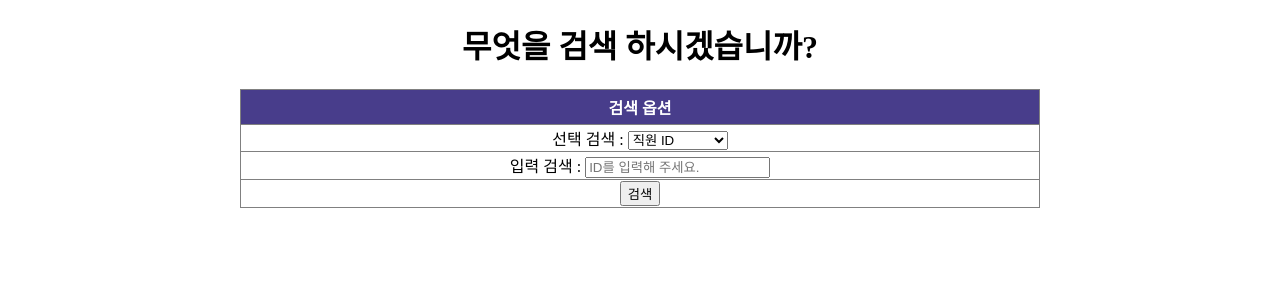
Repository: jongmin0919/soldesk_project
Page: http://localhost/chapter16_search/inputDynamic.jsp
An editor plug-in stored every save of this project. The page is shown before and after the next save, followed by the edit.
The browser window is 1280 px wide. The pictures show the whole page.
The page is served by Tomcat 9. Other server files are loaded and not shown.

Above is the page before, as saved 2024-08-15 10:58:51.

### searching_project/chapter16_search/WebContent/inputDynamic.jsp
<%@ page language="java" contentType="text/html; charset=UTF-8"
    pageEncoding="UTF-8"%>
<!DOCTYPE html>
<html>
<head>
<meta charset="UTF-8">
<title>Insert title here</title>
<style type="text/css">
	div{
		width: 800px;
		text-align: center;
		margin: auto;
	}
	table{
		width: 100%;
		border-collapse: collapse;
	}
	th, td{
		border: 1px solid gray;
	}
	th{
		padding: 5px;
		background-color: darkslateblue;
		color: white;
	}
</style>
<script type="text/javascript">
	function search1(){
		location.href='/chapter16_search/Controller?cmd=allList';
	}
	function search2(){
		location.href='/chapter16_search/Controller?cmd=inputDept';
	}
	function search3(){
		location.href='/chapter16_search/Controller?cmd=inputDynamic';
	}
</script>
</head>
<body>
	<div>
		<h1>무엇을 검색 하시겠습니까?</h1>
		<form>
			<table>
				<tr>
					<th>검색 옵션</th>
				</tr>
				<tr>
					<td>
						선택 검색 :
						<select name = "type" onchange = "placeholderChanger(this)">
							<option value = "employee_id">직원 ID</option>
							<option value = "full_name">직원 이름</option>
							<option value = "email">직원 이메일</option>
							<option value = "phone_number">직원 전화번호</option>
						</select>
					</td>
				</tr>
				<tr>
					<td>
						입력 검색 :
						<input type = "text" placeholder="ID를 입력해 주세요." id = "searching_content" name = "searching_content" onkeydown="handleKeydown(event, this.form)">
					</td>
				</tr>
				<tr>
					<td>
						<input type = "hidden" value="dynamicList" name = "cmd">
						<input type = "button" value = "검색" onclick = "dynamicSearching	(this.form)">
					</td>
				</tr>
			</table>
		</form>
	</div>
</body>
<script type="text/javascript">

	 	// 사용자가 선택한 옵션 값과 입력한 값을 checkInfo 함수로 체킹하고 반환 받은 논리값을 이용해
	 	// 무사히 통과 받은 상태(true인 상태) 라면 컨트롤러로 폼들을 제출함
	function dynamicSearching(f){
		// select의 value값은 type(type in this case(option)),
		// 즉 해당 option의 value값으로 정의되어 있다고 함.
		let option = f.type.value;
		let searchValue = f.searching_content.value;
		let state = checkInfo(option, searchValue);

		if(state){
			f.action = "/chapter16_search/Controller"
			f.submit();
		}
	}

	// 각 입력값들이 유효한지를 선택된 select의 옵션 값과 사용자 입력값을 이용하여 비교
	function checkInfo(option, value){

		let checkId, checkName, checkEmail, checkNumber;

		// 옵션(사용자가 검색하고자 하는 카테고리)에 따라 조건문을 타고 미리 정의해 둔
		// 각 변수들에 정규식을 할당한 뒤 exec 메서드를 호출해 정규식에 해당 사용자의 입력값이 유효한지를 검사
		// 유효하지 않은 경우 경고 문구 후 함수 종료
		if(option === "employee_id"){
			// id는 정수 범위에서 최소1 최대4자리까지 (늘어날  사원들의 id를 생각)
            checkId = /^[0-9]{1,4}$/;
            if(!checkId.exec(value)){
                alert("올바른 사원의 ID를 입력해 주세요. (예시 : 100, 200)");
                return false;
            }
        }else if(option === "full_name"){
        	// full name은 first_name과 last_name을 공백을 두고 서버에 전달할것이기 때문에
        	// 사용자에게 알파벳 범위 내에서 공백을 사이에 두고 한 자 이상씩을 받도록 설정
			let checkName = /^[a-zA-Z]+ [a-zA-Z]+$/;
			if(!checkName.exec(value)){
				alert("올바른 사원의 이름을 입력해 주세요. (예시 : Steven King, neena kochhar")
				return false;
			}
		}else if(option === "email"){
			// 이메일의 경우 단순히 연속되는 문자열로만 구성되어 있기 때문에 1자 - 20자의 알파벳 범위 안에서 체킹
			let checkEmail = /^[a-zA-Z]{1,20}$/;
			if(!checkEmail.exec(value)){
				alert("올바른 사원의 이메일을 1자 이상 입력해 주세요. (예시 : sking, LDEHAAN")
				return false;
			}
		}else if(option === "phone_number"){
		    // phone_number의 경우 점(.)을 기준으로 3-3-4 자리와 3-2-4-6자리, 두 종류로 나뉘어짐
		    // 그래서 입력되는 값은 점을 사이에 두고 3-3-4 자리의 정수값이거나 3-2-4-6자리의 정수로
		    // 선택적으로 사용자에게 받음
			let checkNumber = /^(?:\d{3}\.\d{3}\.\d{4}|\d{3}\.\d{2}\.\d{4}\.\d{6})$/;
		    if(!checkNumber.exec(value)){
		        alert("올바른 사원의 전화번호를 입력해 주세요. (예시 : 515.123.7777 또는 011.44.1644.429267)");
		        return false;
		    }
		}

		return true;
	}

	// 검색 창에 Enter 이벤트 키가 발생할 때 기본 동작 방식을 방지하고 dynamicSearching 함수를 실행
	// 검색 버튼을 눌렀을 때와 동일한 과정이 진행
	function handleKeydown(event, form) {
        if (event.key === 'Enter') {
            event.preventDefault();
            dynamicSearching(form);
        }
    }

	// 옵션 변경시 입력 내용 초기화하는 함수
	function placeholderChanger(option) {
	    let text;

	    // this(select)의 value(선택된 option 중 하나의 값)에 따라 text에 선택지의 문구를 골라 할당
	    switch (option.value) {
	        case "employee_id":
	            text = "ID를 입력해 주세요.";
	            break;
	        case "full_name":
	            text = "이름을 입력해 주세요.";
	            break;
	        case "email":
	            text = "이메일을 입력해 주세요.";
	            break;
	        case "phone_number":
	            text = "전화번호를 입력해 주세요.";
	            break;
	    }

	    // 검색 입력 요소 선택 후 placeholder를 type(선택된 옵션의 name)에 따라 할당 된 text값으로 할당
	    // 이때 value(입력 상태)도 빈 문자열로 같이 초기화
	    let item = document.querySelector('#searching_content')
	    item.placeholder = text;
	    item.value = "";
	}

</script>
</html>

After the next save:
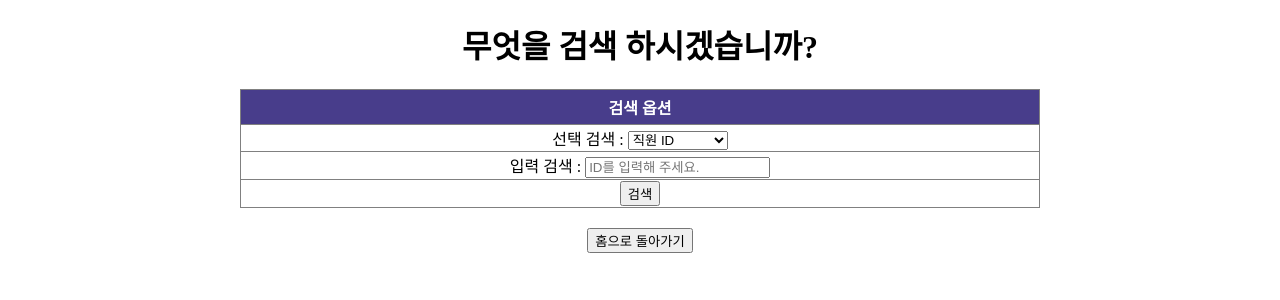
Saved 43 s later.
--- a/searching_project/chapter16_search/WebContent/inputDynamic.jsp
+++ b/searching_project/chapter16_search/WebContent/inputDynamic.jsp
@@ -69,6 +69,7 @@
 				</tr>
 			</table>
 		</form>
+		<button style = "margin-top : 20px;" onclick = "location.href='index.jsp'">홈으로 돌아가기</button>
 	</div>
 </body>
 <script type="text/javascript">
